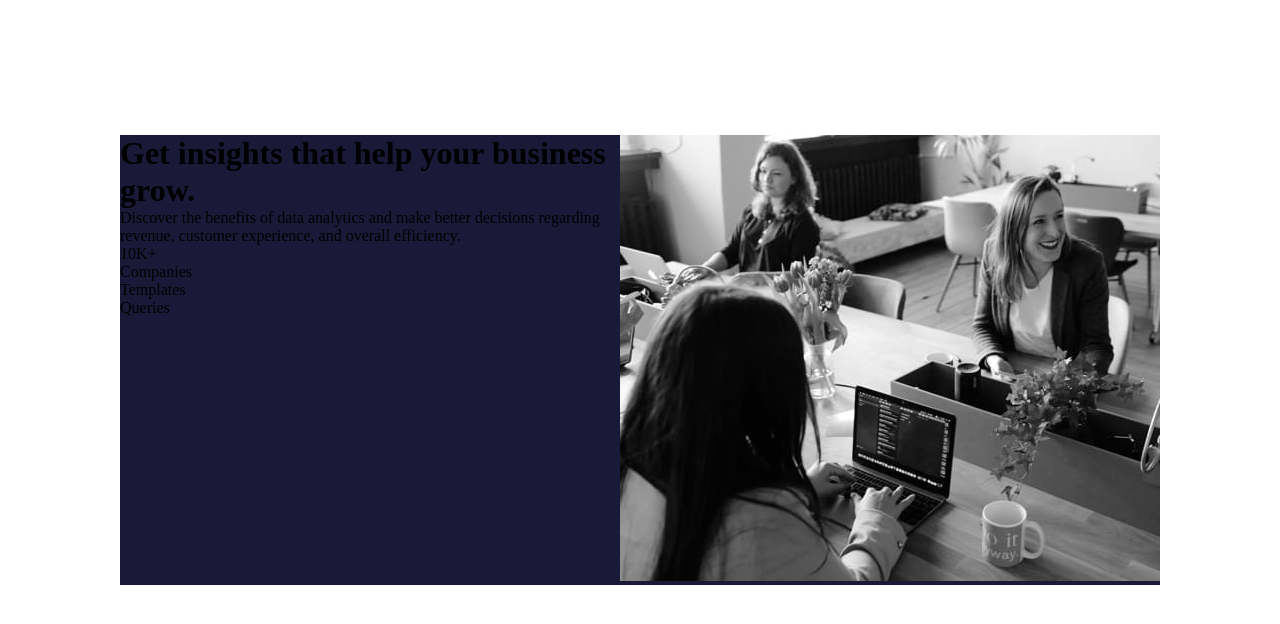
Repository: keisewarsame/stats-preview-frontendmentor
Page: index.html
The author's editor kept a copy of each file at every save. The page is drawn from the files as they stood at one save, then again after a run of saves.
The browser window is 1280 px wide. The pictures show the whole page.

Above is the page before, as saved 2022-07-12 12:49:30.

After the next 5 saves:
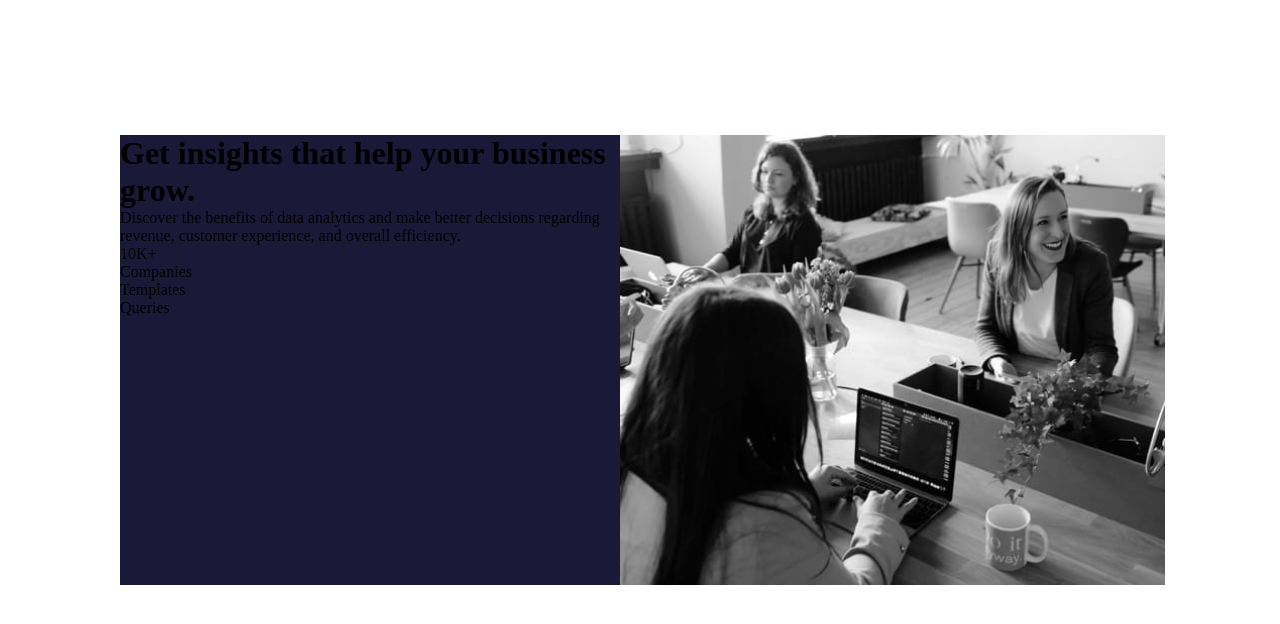
The 5 saves are shown as one change because they came seconds apart.
The last was saved 39 s later.
--- a/styles.css
+++ b/styles.css
@@ -21,3 +21,7 @@ body {
     display: flex;
 
 }
+
+img {
+    height: 100%;
+}
